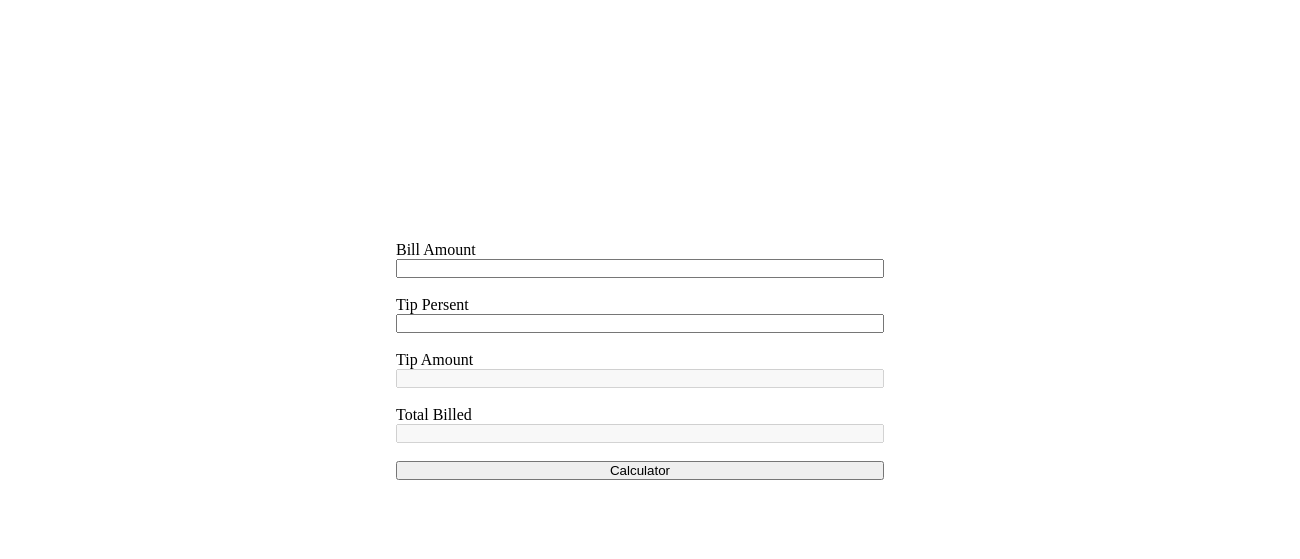
Repository: ZainAkbar51214/Tip-Calculator
Page: index.html
The author's editor kept a copy of each file at every save. The page is drawn from the files as they stood at one save, then again after the next save.
The browser window is 1280 px wide. The page is 1300 px wide, so the pictures cover 1300 px, including what lies to the right of the window. The pictures show the whole page.
The style sheet was rebuilt from its Sass, Less or Tailwind sources for each picture, by a compiler version that may differ from the author's.

Above is the page before, as saved 2024-03-25 10:03:35.

After the next save:
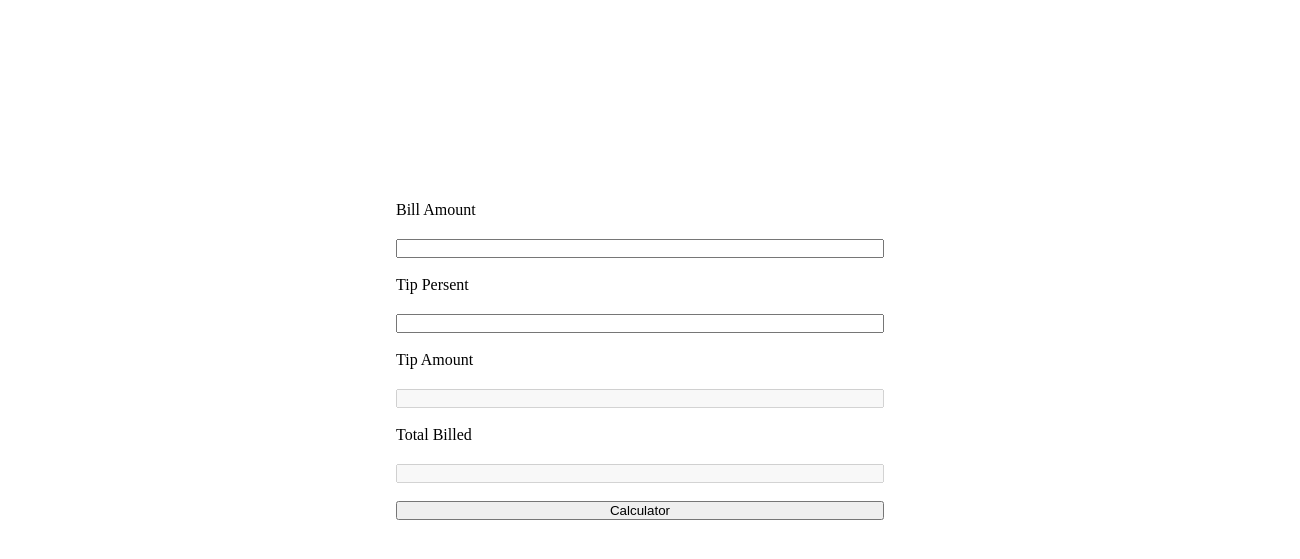
Saved 2 min 0 s later.
--- a/css/style.scss
+++ b/css/style.scss
@@ -24,6 +24,10 @@
             .calculator{
                 display: flex;
                 flex-direction: column;
+
+                label{
+                    margin-bottom: 20px;
+                }
             }
         }
     }
